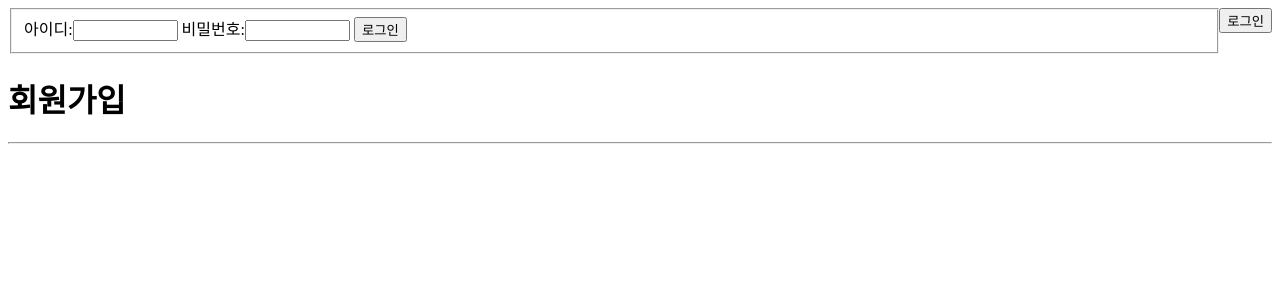
Repository: to-flatwhite1/JSP
Page: http://localhost/JSP/
The author's editor kept a copy of each file at every save. The page is drawn from the files as they stood at one save, then again after the next save.
The browser window is 1280 px wide. The pictures show the whole page.
The page is served by Tomcat 9.

Above is the page before, as saved 2024-05-17 08:33:00.

After the next save:
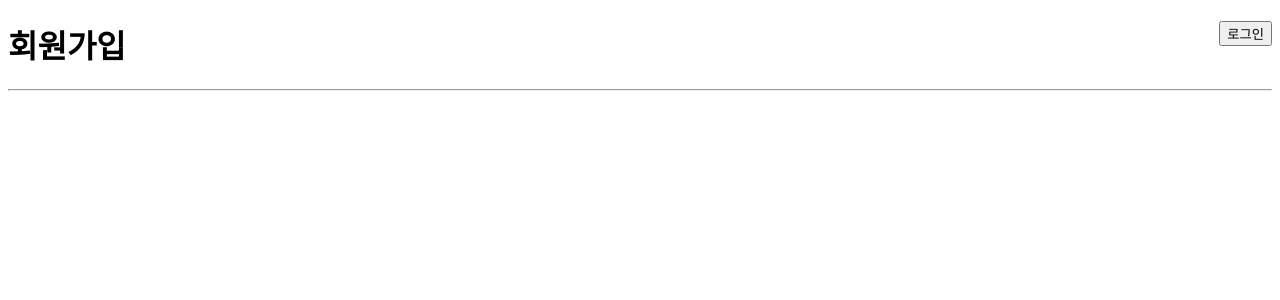
Saved 72 s later.
--- a/portfolio-master/JSP/src/main/webapp/index.jsp
+++ b/portfolio-master/JSP/src/main/webapp/index.jsp
@@ -18,13 +18,7 @@
 	<input type=button value="로그인">
 	</form>
 	</div>
-	<form method="get" action="next.jsp">
-	<fieldset>
-	아이디:<input type="text" id="user_id" size="10">
-	비밀번호:<input type="password" id="user_pw" size="10">
-	<input type="submit" value="로그인">
-	</fieldset>
-	</form>
+
 
 	<h1>회원가입</h1>
 	<hr>
